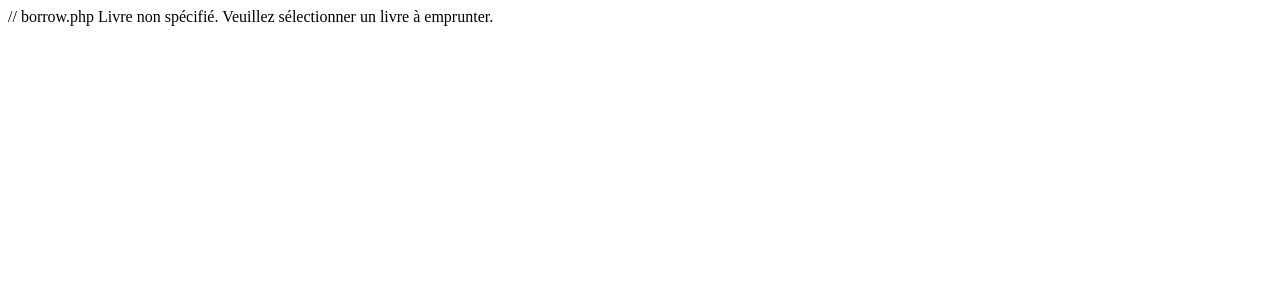
Repository: Eurin-lumen/space
Page: http://localhost/user/borrow.php
The author's editor kept a copy of each file at every save. The page is drawn from the files as they stood at one save, then again after the next save.
The browser window is 1280 px wide. The pictures show the whole page.
The page is run by PHP 8.4 with error messages shown; the project is at /var/www/html/. The session is filled in as if someone had signed in: {"user_id": 1}. Other server files are loaded and not shown.

Above is the page before, as saved 2023-07-23 02:24:30.

### user/borrow.php
// borrow.php

<?php
require_once '../includes/config.php';
require_once '../includes/functions.php';

session_start();
if (!isset($_SESSION['user_id'])) {
    header('Location: login.php');
    exit();
}

if (isset($_GET['id'])) {
    $bookId = $_GET['id'];

    $user_id = $_SESSION['user_id'];

    // Emprunter le livre
    if (borrowBook($user_id, $bookId)) {
        header('Location: profile.php');
        exit();
    } else {
        echo "Une erreur s'est produite lors de l'emprunt du livre. Veuillez réessayer.";
    }
} else {
    echo "Livre non spécifié. Veuillez sélectionner un livre à emprunter.";
}
?>

### includes/config.php
<?php
// Configuration de la base de données
define('DB_HOST', 'localhost'); // Adresse du serveur de la base de données
define('DB_USER', 'root'); // Nom d'utilisateur de la base de données
define('DB_PASS', ''); // Mot de passe de la base de données
define('DB_NAME', 'library_management'); // Nom de la base de données

// Connexion à la base de données
$conn = mysqli_connect(DB_HOST, DB_USER, DB_PASS, DB_NAME);

// Vérifier la connexion
if (!$conn) {
    die("La connexion à la base de données a échoué : " . mysqli_connect_error());
}
?>

### includes/functions.php
<?php
require_once 'config.php';
///* CAPITAINE *////

// Fonction pour récupérer tous les livres de la base de données
function getAllBooks() {
    global $conn;

    $sql = "SELECT * FROM books";
    $result = mysqli_query($conn, $sql);

    $books = array();

    while ($row = mysqli_fetch_assoc($result)) {
        $books[] = $row;
    }

    return $books;
}


//**END CAPITAINE */

// Fonction pour vérifier les informations de connexion de l'utilisateur
function checkLogin($username, $password) {
    global $conn;
    $sql = "SELECT id, password FROM users WHERE username = ?";
    $stmt = mysqli_prepare($conn, $sql);

    if (!$stmt) {
        return false;
    }

    mysqli_stmt_bind_param($stmt, "s", $username);
    mysqli_stmt_execute($stmt);
    mysqli_stmt_bind_result($stmt, $user_id, $hashed_password);
    mysqli_stmt_fetch($stmt);
    mysqli_stmt_close($stmt);

    // Vérifier si le mot de passe haché correspond au mot de passe saisi
    if (password_verify($password, $hashed_password)) {
        return $user_id;
    } else {
        return false;
    }
}

// Fonction pour ajouter un nouvel utilisateur
function addUser($username, $hashed_password) {
    global $conn;
    $sql = "INSERT INTO users (username, password) VALUES (?, ?)";
    $stmt = mysqli_prepare($conn, $sql);

    if (!$stmt) {
        return false;
    }

    mysqli_stmt_bind_param($stmt, "ss", $username, $hashed_password);
    $result = mysqli_stmt_execute($stmt);
    mysqli_stmt_close($stmt);

    return $result;
}

// Fonction pour récupérer les informations de l'utilisateur par son ID
function getUserById($user_id) {
    global $conn;
    $sql = "SELECT id, username, role FROM users WHERE id = ?";
    $stmt = mysqli_prepare($conn, $sql);

    if (!$stmt) {
        return null;
    }

    mysqli_stmt_bind_param($stmt, "i", $user_id);
    mysqli_stmt_execute($stmt);
    mysqli_stmt_bind_result($stmt, $id, $username, $role);
    mysqli_stmt_fetch($stmt);
    mysqli_stmt_close($stmt);

    if (!$id) {
        return null;
    }

    return ['id' => $id, 'username' => $username, 'role' => $role];
}

// Fonction pour récupérer les informations de l'utilisateur par son nom d'utilisateur
function getUserByUsername($username) {
    global $conn;
    $sql = "SELECT id, username FROM users WHERE username = ?";
    $stmt = mysqli_prepare($conn, $sql);

    if (!$stmt) {
        return null;
    }

    mysqli_stmt_bind_param($stmt, "s", $username);
    mysqli_stmt_execute($stmt);
    mysqli_stmt_bind_result($stmt, $id, $username);
    mysqli_stmt_fetch($stmt);
    mysqli_stmt_close($stmt);

    if (!$id) {
        return null;
    }

    return ['id' => $id, 'username' => $username];
}


// Fonction pour récupérer les livres empruntés par un utilisateur par son ID
function getBorrowedBooksByUserId($user_id) {
    global $conn;

    $sql = "SELECT books.title, books.author, books.borrow_date FROM borrowed_books JOIN books ON borrowed_books.book_id = books.id WHERE borrowed_books.user_id = ?";
    $stmt = mysqli_prepare($conn, $sql);

    if (!$stmt) {
        return array();
    }

    mysqli_stmt_bind_param($stmt, "i", $user_id);

    if (mysqli_stmt_execute($stmt)) {
        $result = mysqli_stmt_get_result($stmt);
        $borrowedBooks = array();
        while ($book = mysqli_fetch_assoc($result)) {
            $borrowedBooks[] = $book;
        }
        return $borrowedBooks;
    } else {
        return array();
    }
}

// Fonction pour récupérer les informations d'un livre à partir de son identifiant
function getBookById($bookId) {
    global $conn;

    // Préparer la requête SQL pour récupérer les informations du livre
    $sql = "SELECT * FROM books WHERE id = ?";
    $stmt = mysqli_prepare($conn, $sql);

    // Vérifier si la préparation de la requête a réussi
    if (!$stmt) {
        return null; // Une erreur s'est produite lors de la préparation de la requête
    }

    mysqli_stmt_bind_param($stmt, "i", $bookId);

    // Exécuter la requête
    if (mysqli_stmt_execute($stmt)) {
        // Récupérer le résultat de la requête
        $result = mysqli_stmt_get_result($stmt);

        // Vérifier si un livre a été trouvé
        if (mysqli_num_rows($result) === 1) {
            // Récupérer les informations du livre
            $book = mysqli_fetch_assoc($result);
            return $book; // Retourner les informations du livre
        } else {
            return null; // Aucun livre trouvé avec l'identifiant donné
        }
    } else {
        return null; // Une erreur s'est produite lors de l'exécution de la requête
    }
}


// Fonction pour emprunter un livre
function borrowBook($userId, $bookId) {
    global $conn;

    // Vérifier le nombre d'emprunts en cours de l'utilisateur
    $borrowedBooksCount = getBorrowedBooksCount($userId);
    if ($borrowedBooksCount >= 3) {
        return false; // Limite d'emprunts atteinte, impossible d'emprunter plus de livres
    }

    // Vérifier si le livre est disponible (au moins une copie disponible)
    $book = getBookById($bookId);
    if ($book['copies'] <= 0) {
        return false; // Livre indisponible, aucune copie disponible pour l'emprunt
    }

    // Préparer la requête SQL pour enregistrer l'emprunt du livre
    $sql = "INSERT INTO borrowings (user_id, book_id, borrow_date) VALUES (?, ?, NOW())";
    $stmt = mysqli_prepare($conn, $sql);

    // Vérifier si la préparation de la requête a réussi
    if (!$stmt) {
        return false; // Une erreur s'est produite lors de la préparation de la requête
    }

    mysqli_stmt_bind_param($stmt, "ii", $userId, $bookId);

    // Exécuter la requête
    if (mysqli_stmt_execute($stmt)) {
        // Mettre à jour le nombre de copies disponibles du livre
        $updatedCopies = $book['copies'] - 1;
        updateBookCopies($bookId, $updatedCopies);
        return true; // Livre emprunté avec succès
    } else {
        return false; // Une erreur s'est produite lors de l'emprunt du livre
    }
}

// Fonction pour retourner un livre
function returnBook($userId, $bookId) {
    global $conn;

    // Vérifier si l'utilisateur a emprunté le livre
    if (!isBookBorrowedByUser($userId, $bookId)) {
        return false; // L'utilisateur n'a pas emprunté ce livre, impossible de le retourner
    }

    // Préparer la requête SQL pour supprimer l'emprunt du livre
    $sql = "DELETE FROM borrowings WHERE user_id = ? AND book_id = ?";
    $stmt = mysqli_prepare($conn, $sql);

    // Vérifier si la préparation de la requête a réussi
    if (!$stmt) {
        return false; // Une erreur s'est produite lors de la préparation de la requête
    }

    mysqli_stmt_bind_param($stmt, "ii", $userId, $bookId);

    // Exécuter la requête
    if (mysqli_stmt_execute($stmt)) {
        // Mettre à jour le nombre de copies disponibles du livre
        $book = getBookById($bookId);
        $updatedCopies = $book['copies'] + 1;
        updateBookCopies($bookId, $updatedCopies);
        return true; // Livre retourné avec succès
    } else {
        return false; // Une erreur s'est produite lors du retour du livre
    }
}


// Fonction pour récupérer le nombre d'emprunts d'un utilisateur
function getBorrowedBooksCount($userId) {
    global $conn;

    // Préparer la requête SQL pour compter le nombre d'emprunts de l'utilisateur
    $sql = "SELECT COUNT(*) AS count FROM borrowings WHERE user_id = ?";
    $stmt = mysqli_prepare($conn, $sql);

    // Vérifier si la préparation de la requête a réussi
    if (!$stmt) {
        return 0; // Une erreur s'est produite lors de la préparation de la requête
    }

    mysqli_stmt_bind_param($stmt, "i", $userId);

    // Exécuter la requête
    mysqli_stmt_execute($stmt);

    // Récupérer le résultat de la requête
    $result = mysqli_stmt_get_result($stmt);

    // Récupérer le nombre d'emprunts
    $row = mysqli_fetch_assoc($result);
    $count = $row['count'];

    return $count;
}


// Fonction pour vérifier si un livre est emprunté par un utilisateur
function isBookBorrowedByUser($userId, $bookId) {
    global $conn;

    // Préparer la requête SQL pour vérifier si le livre est emprunté par l'utilisateur
    $sql = "SELECT * FROM borrowings WHERE user_id = ? AND book_id = ?";
    $stmt = mysqli_prepare($conn, $sql);

    // Vérifier si la préparation de la requête a réussi
    if (!$stmt) {
        return false; // Une erreur s'est produite lors de la préparation de la requête
    }

    mysqli_stmt_bind_param($stmt, "ii", $userId, $bookId);

    // Exécuter la requête
    mysqli_stmt_execute($stmt);

    // Récupérer le résultat de la requête
    $result = mysqli_stmt_get_result($stmt);

    // Vérifier si le livre est emprunté par l'utilisateur
    if (mysqli_num_rows($result) > 0) {
        return true; // Le livre est emprunté par l'utilisateur
    } else {
        return false; // Le livre n'est pas emprunté par l'utilisateur
    }
}

// Fonction pour rechercher des livres par titre ou auteur
function searchBooks($keyword) {
    global $conn;
    $sql = "SELECT * FROM books WHERE title LIKE ? OR author LIKE ?";
    $stmt = mysqli_prepare($conn, $sql);

    if (!$stmt) {
        return null;
    }

    $searchKeyword = "%" . $keyword . "%";
    mysqli_stmt_bind_param($stmt, "ss", $searchKeyword, $searchKeyword);
    mysqli_stmt_execute($stmt);
    $result = mysqli_stmt_get_result($stmt);
    mysqli_stmt_close($stmt);

    $books = array();
    while ($row = mysqli_fetch_assoc($result)) {
        $books[] = $row;
    }

    return $books;
}

After the next save:
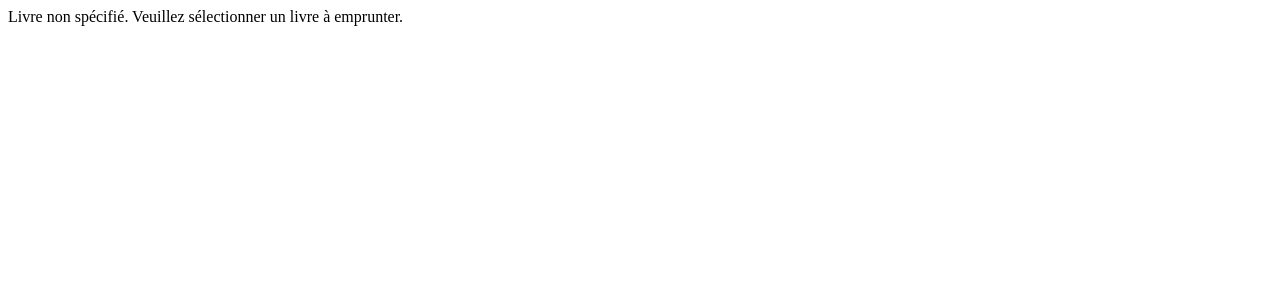
Saved 80 s later.
--- a/user/borrow.php
+++ b/user/borrow.php
@@ -1,5 +1,3 @@
-// borrow.php
-
 <?php
 require_once '../includes/config.php';
 require_once '../includes/functions.php';
